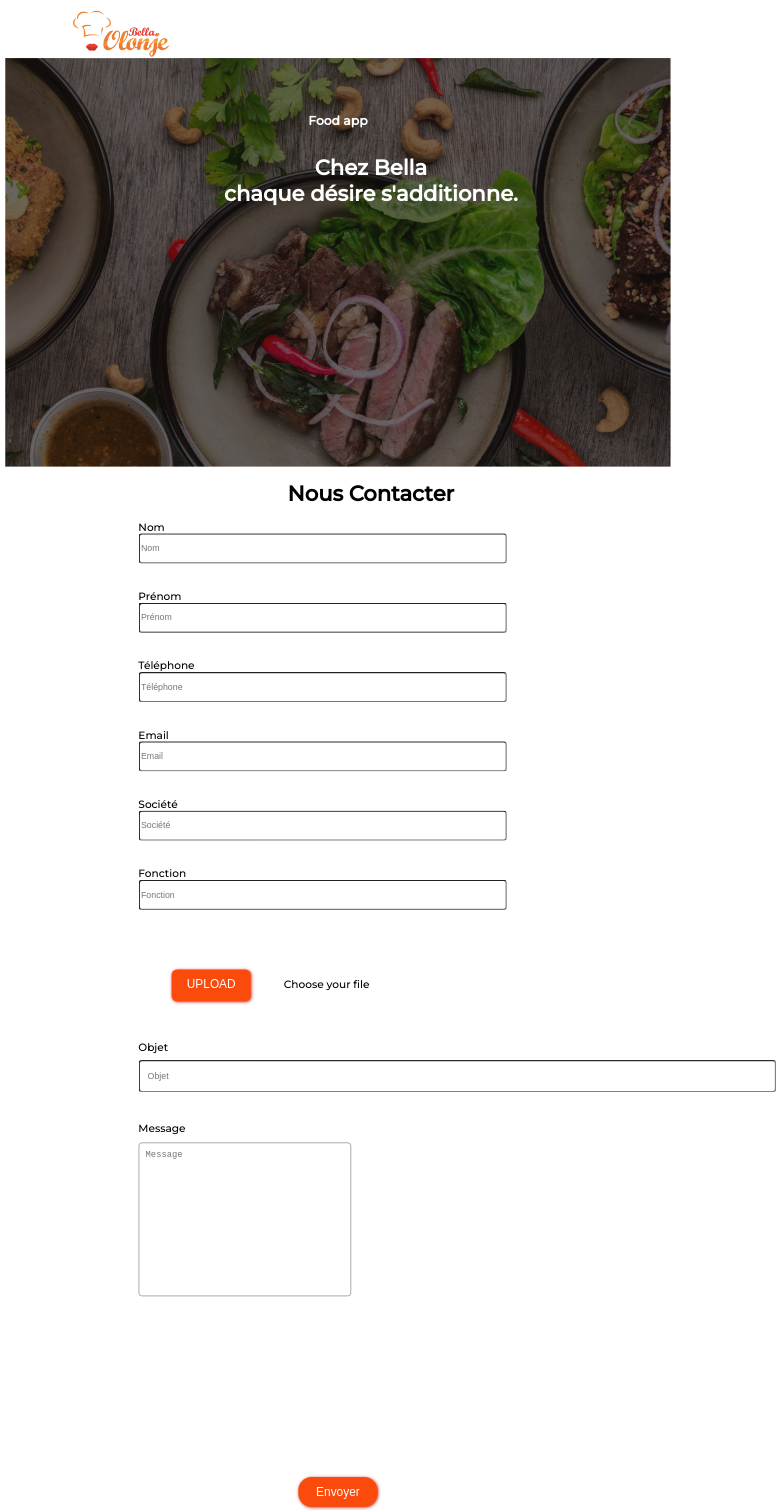
Repository: Ahlam-belhadj/bella-olange
Page: index3.html
The author's editor kept a copy of each file at every save. The page is drawn from the files as they stood at one save, then again after a run of saves.
The browser window is 1024 px wide. The page is 1176 px wide, then 1166 px, so the pictures cover 1176 px, including what lies to the right of the window. The pictures show the whole page, at 66% of full size.
Pictures or frames that could not be fetched are drawn as grey boxes.

Above is the page before, as saved 2023-02-14 15:34:24.

After the next 2 saves:
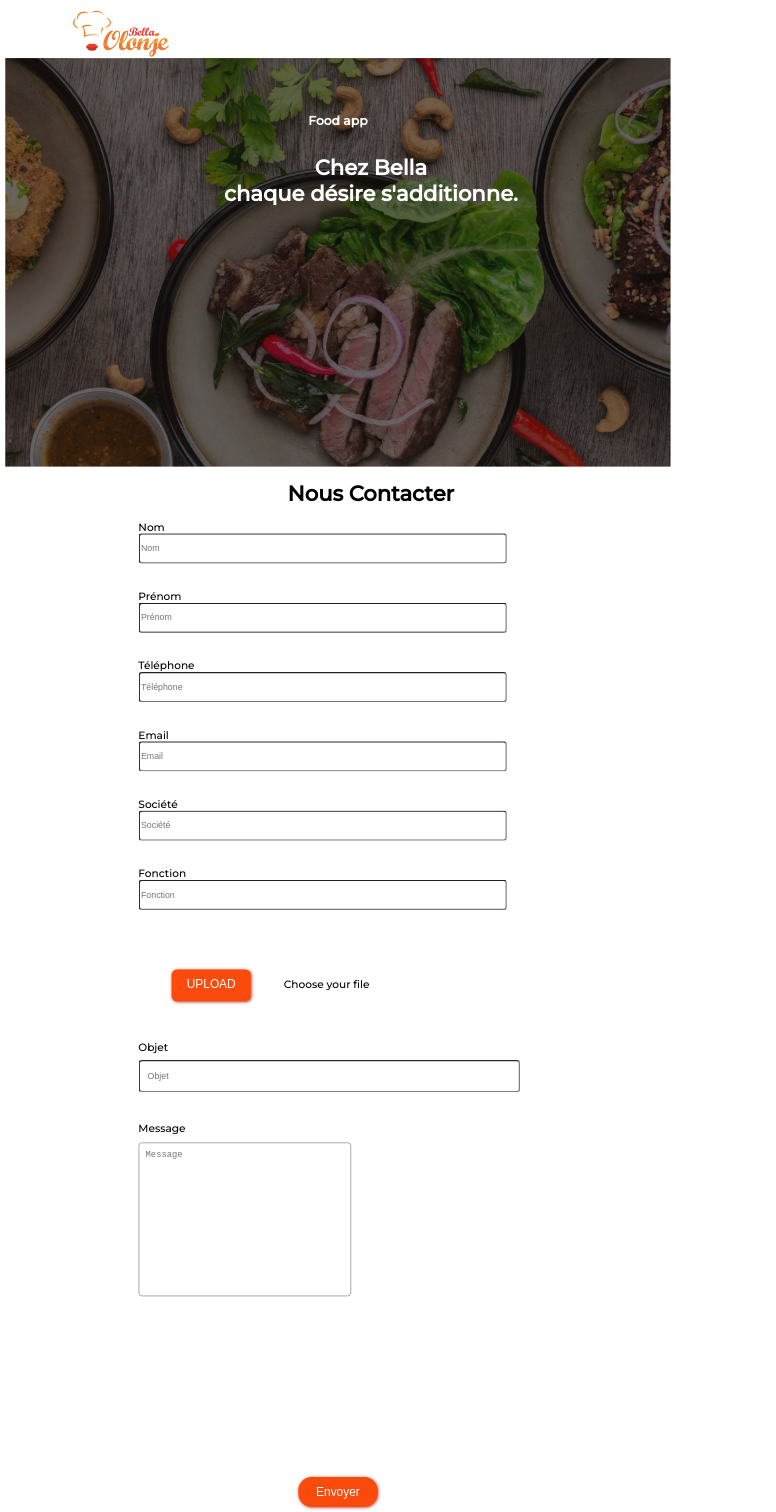
The 2 saves are shown as one change because they came seconds apart.
The last was saved 6 s later.
--- a/style3.css
+++ b/style3.css
@@ -374,9 +374,9 @@ textarea {
     }
 
     .label_choose input {
-        .label_choose input {
+
             width: 550px;
-          }
+
     }
 
     textarea {
